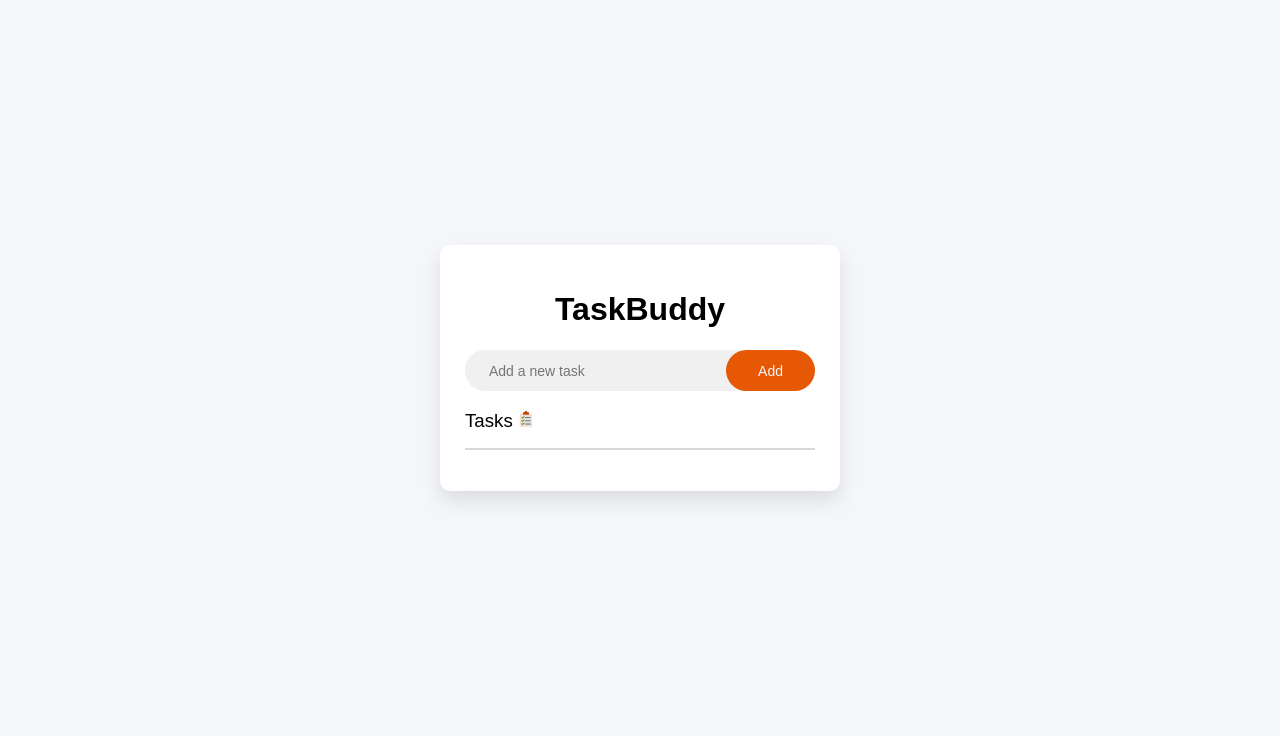
Repository: yogeshnandwani/taskbuddy-todo
Page: index.html
The author's editor kept a copy of each file at every save. The page is drawn from the files as they stood at one save, then again after a run of saves.
The browser window is 1280 px wide. The pictures show the whole page.

Above is the page before, as saved 2026-03-16 20:21:50.

### index.html
<!DOCTYPE html>
<html lang="en">
<head>
<meta charset="UTF-8">
<title>TaskBuddy</title>
<link rel="stylesheet" href="css/style.css">
</head>

<body>

<div class="app">

<h1>TaskBuddy</h1>

<div class="task-input">
<input type="text" id="taskInput" placeholder="Add a new task">
<button id="addBtn">Add</button>
</div>

<h3 class="task-heading">Tasks <span>
    <img src="images/tasks.png" alt="">
</span></h3>
<ul id="taskList">
</ul>

</div>

<script src="js/script.js"></script>

</body>
</html>

### css/style.css
body{
    font-family: Arial, sans-serif;
    background:#f4f6f9;
    display:flex;
    justify-content:center;
    align-items:center;
    height:100vh;
}

.app{
    background:white;
    padding:25px;
    border-radius:10px;
    width:350px;
    box-shadow:0 10px 20px rgba(0,0,0,0.1);
}

h1{
    text-align:center;
}

.task-input{
    display:flex;
    border-radius: 50px;
    background-color: #f0f0f0;
}

input{
    flex:1;
    padding:8px;
    border: none;
    border-radius: 50px;
    padding: 0.8rem 1.5rem;
    background-color: #f0f0f0;
    font-size: 14px;
}

input:focus{
    outline: none;
}

#addBtn{
    padding:0.8rem 2rem;
    border: none;
    border-radius: 50px;
    background-color: #e75805;
    color: #f4f6f9;
    cursor:pointer;
    font-size: 14px;
}

ul{
    display: flex;
    padding: 0;
    flex-direction: column;
    justify-content: center;
    align-items: center;
    border-top: 1px solid #00000027;
    border-bottom: 1px solid #00000027;
}

.task-heading{
    align-self: flex-start;
    font-weight: 500;
    margin-bottom: 5px;
    color: #000;
}

.task-heading span{
    width: 16px;
}

.task-heading span img{
    width: 1rem;
    height: auto;
    object-fit: contain;
}

li{
    display: flex;
    align-items: center;
    padding: 12px 0;
    justify-content: space-between;
    width: 100%;
    display:flex;
    justify-content:space-between;
    color: #333;
}

li:not(:last-child){
    border-bottom: 1px solid #00000027;
}

li .delete {
    width: 1.5rem;
    height: 1.5rem;
    border: none;
    background-color: transparent;
    display: flex;
    align-items: center;
    justify-content: center;
    cursor: pointer;
    border-radius: 50%;
}

li .delete img {
    width: 1.5rem;
    height: auto;
    object-fit: contain;
    border-radius: 50%;
    filter: saturate(0);
    transition: all 0.1s ease-in;
}

li .delete:hover img{
    filter: saturate(1);
}

### js/script.js
const input = document.getElementById("taskInput")
const addBtn = document.getElementById("addBtn")
const list = document.getElementById("taskList")
let tasks = JSON.parse(localStorage.getItem("tasks")) || []

addBtn.addEventListener("click", addTask)

function addTask() {
    const taskText = input.value.trim()

    if (taskText === "") return

    tasks.push(taskText)

    saveTasks()

    input.value = ""
}

function saveTasks(){
    localStorage.setItem("tasks", JSON.stringify(tasks))
    renderTasks()
}

function renderTasks(){
    list.innerHTML = ""

    tasks.forEach(task => {

        const li = document.createElement("li")

        li.innerHTML = `
        <span>${task}</span>
        <button class="delete">
            <img src="images/delete.png" alt="Delete icon">
        </button>
        `

        list.appendChild(li)
    })
}

list.addEventListener("click", function(e){
    const deleteBtn = e.target.closest(".delete")

    if(deleteBtn){

        const index = [...list.children].indexOf(deleteBtn.parentElement)

        tasks.splice(index,1)

        saveTasks()
    }
})

renderTasks()

After the next 2 saves:
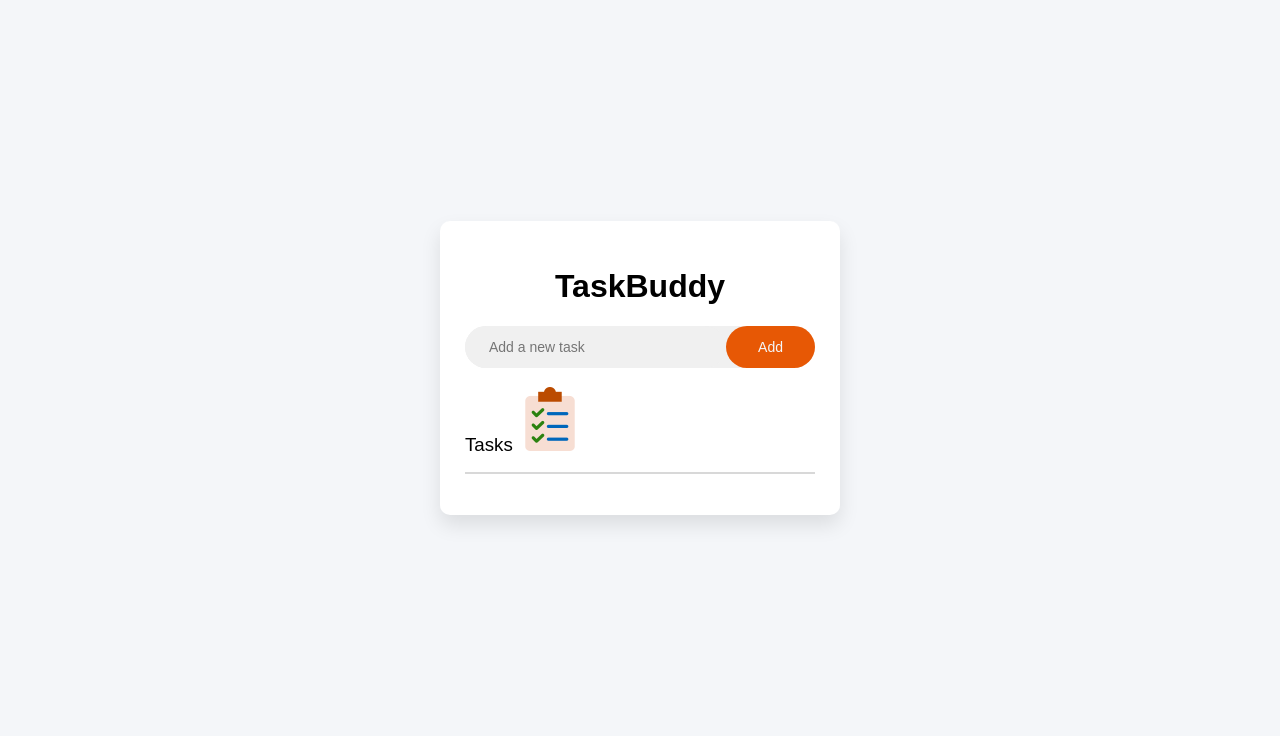
The 2 saves are shown as one change because they came seconds apart.
The last was saved 8 s later.
--- a/css/style.css
+++ b/css/style.css
@@ -71,7 +71,7 @@ ul{
 }
 
 .task-heading span img{
-    width: 1rem;
+    width: 64px;
     height: auto;
     object-fit: contain;
 }
